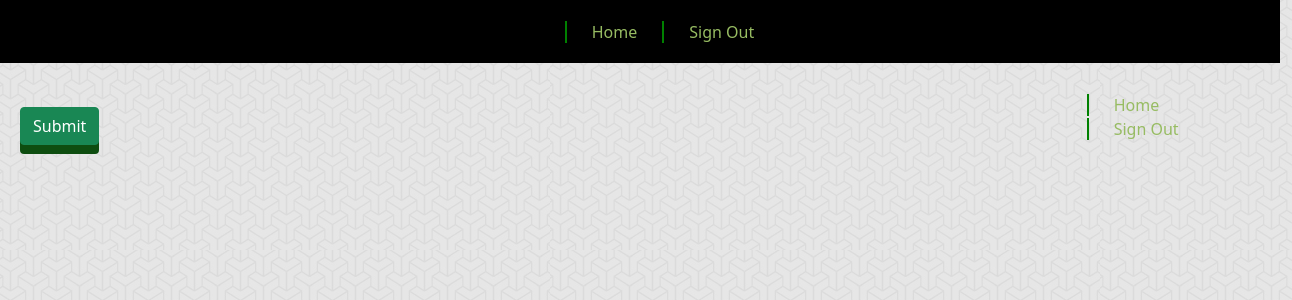
Repository: kavine24/CS490-Python-LMS
Page: html/portal/s/TakeQuiz.html
An editor plug-in stored every save of this project. The page is shown before and after the next save, followed by the edit.
The browser window is 1280 px wide. The page is 1292 px wide, so the pictures cover 1292 px, including what lies to the right of the window. The pictures show the whole page.
The page's requests for data from a server got no answer.

Above is the page before, as saved 2022-04-20 18:41:40.

After the next save:
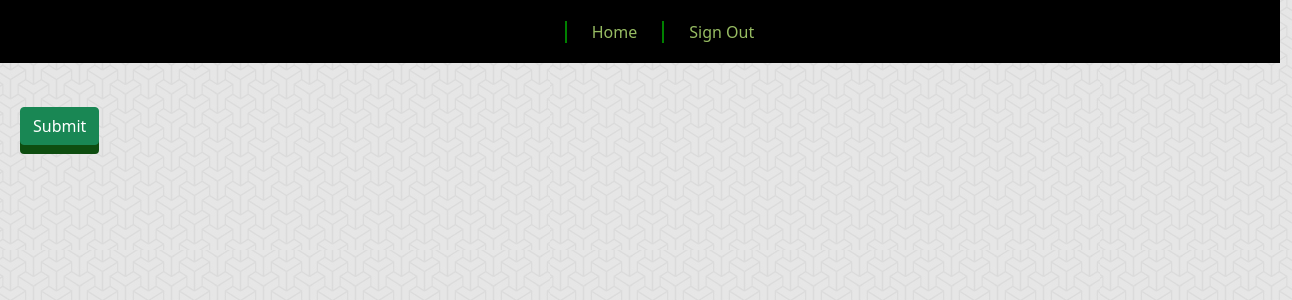
Saved 17 s later.
--- a/html/portal/s/TakeQuiz.html
+++ b/html/portal/s/TakeQuiz.html
@@ -24,8 +24,6 @@
       </div>
       <div id="legend" class="col-2 legend">
         <ul id="legendUL" class="nav flex-column">
-          <li><a href="http://cs490testcenter.ddns.net:50000/portal/s/Home.php">Home</a></li>
-          <li><a href="http://cs490testcenter.ddns.net:50000">Sign Out</a></li>
         </ul>
       </div>
     </div>
